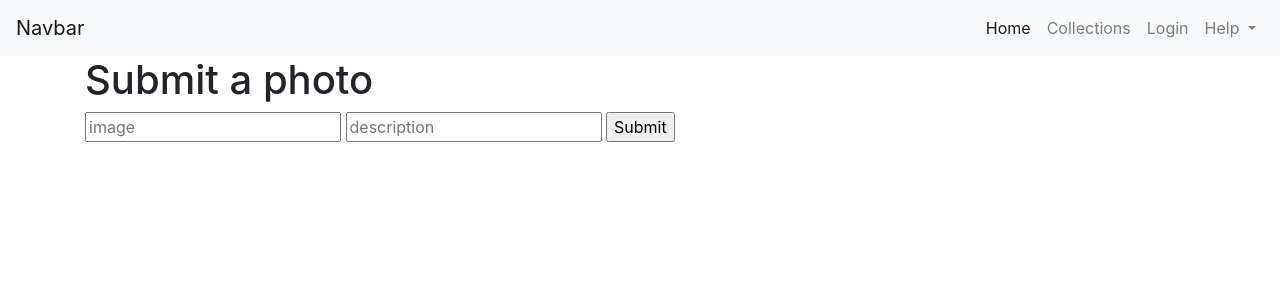
Repository: mtdagar/Art-Page-Project
Page: http://localhost/posts/new
The author's editor kept a record of every edit. The page is drawn from the files as they stood at one moment, then again after the next edit.
The browser window is 1280 px wide. The pictures show the whole page.
The page is served by the project's Node server (app.js).

Above is the page before.

### views/new.ejs
<% include ./partials/header %>

<div class="container form-group">
    <h1 class="heading">Submit a photo</h1>

    <form action="/posts" method="POST">
        <input type="text" name="post[image]" placeholder="image">
        <input type="text" name="post[description]" placeholder="description">
        <input type="submit">
    </form>
</div>

<% include ./partials/footer %>

### views/partials/header.ejs
<html>
    <head>
        <title>Art Page</title>
        <!-- Bootstrap CDN -->
        <link rel="stylesheet" href="https://stackpath.bootstrapcdn.com/bootstrap/4.1.3/css/bootstrap.min.css" integrity="sha384-MCw98/SFnGE8fJT3GXwEOngsV7Zt27NXFoaoApmYm81iuXoPkFOJwJ8ERdknLPMO" crossorigin="anonymous">

    </head>

    <body>

        <!-- Bootstrap dependencies -->
        <script src="https://code.jquery.com/jquery-3.3.1.slim.min.js" integrity="sha384-q8i/X+965DzO0rT7abK41JStQIAqVgRVzpbzo5smXKp4YfRvH+8abtTE1Pi6jizo" crossorigin="anonymous"></script>
        <script src="https://cdnjs.cloudflare.com/ajax/libs/popper.js/1.14.3/umd/popper.min.js" integrity="sha384-ZMP7rVo3mIykV+2+9J3UJ46jBk0WLaUAdn689aCwoqbBJiSnjAK/l8WvCWPIPm49" crossorigin="anonymous"></script>
        <script src="https://stackpath.bootstrapcdn.com/bootstrap/4.1.3/js/bootstrap.min.js" integrity="sha384-ChfqqxuZUCnJSK3+MXmPNIyE6ZbWh2IMqE241rYiqJxyMiZ6OW/JmZQ5stwEULTy" crossorigin="anonymous"></script>


        <!-- Navbar -->
        <nav class="navbar navbar-expand-lg navbar-light bg-light">
          <a class="navbar-brand" href="#">Navbar</a>
          <button class="navbar-toggler" type="button" data-toggle="collapse" data-target="#navbarNavDropdown" aria-controls="navbarNavDropdown" aria-expanded="false" aria-label="Toggle navigation">
            <span class="navbar-toggler-icon"></span>
          </button>
          <div class="collapse navbar-collapse" id="navbarNavDropdown">
            <ul class="navbar-nav ml-auto">
              <li class="nav-item active">
                <a class="nav-link" href="#">Home <span class="sr-only">(current)</span></a>
              </li>
              <li class="nav-item">
                <a class="nav-link" href="#">Collections</a>
              </li>
              <li class="nav-item">
                <a class="nav-link" href="#">Login</a>
              </li>
              <li class="nav-item dropdown">
                <a class="nav-link dropdown-toggle" href="#" id="navbarDropdownMenuLink" role="button" data-toggle="dropdown" aria-haspopup="true" aria-expanded="false">
                  Help
                </a>
                <div class="dropdown-menu dropdown-menu-right" aria-labelledby="navbarDropdownMenuLink" >
                  <a class="dropdown-item" href="#">About us</a>
                  <a class="dropdown-item" href="#">Contact us</a>
                  <a class="dropdown-item" href="#">Something else</a>
                </div>
              </li>
            </ul>
          </div>
        </nav>

### app.js
var bodyParser  = require("body-parser"),
    mongoose    = require("mongoose"),
    express     = require("express"),
    app         = express();



//APP CONFIG
mongoose.connect("mongodb://localhost/art_page_project", { useNewUrlParser: true });
app.set("view engine", "ejs");
//app.use(express.static("public"));
app.use('/static', express.static('public'))
app.use(bodyParser.urlencoded({extended: true}));



//MONGOOSE/MODEL CONFIG
var postSchema = new mongoose.Schema({
    image: String,
    description: String,
    created: {type: Date, default: Date.now}
});

var Post = mongoose.model("Post", postSchema);

/**
Post.create({
    image: "https://images.unsplash.com/photo-1540057091285-cea1a54ecbc8?ixlib=rb-0.3.5&ixid=eyJhcHBfaWQiOjEyMDd9&s=a3331b8e5f637b077435a047d79a2058&auto=format&fit=crop&w=500&q=60",
    description: "Hazy days"
});
**/


//RESTFUL ROUTES
app.get("/", function(req, res) {
   res.redirect("/posts");
});


//INDEX ROUTE
app.get("/posts", function(req, res){
    Post.find({}, function(err, posts){
        if(err){
            console.log("error!");
        }else{
            res.render("index", {posts: posts});
        }
    });
});


//NEW ROUTE
app.get("/posts/new", function(req, res){
   res.render("new");
});


//CREATE ROUTE
app.post("/posts", function(req, res){
    Post.create(req.body.post, function(err, newPost){
        if(err){
            res.render("new");
            prompt("Error uploading your photo.\n" + err);
        }else{
            res.redirect("/posts");
        }
    });
});


app.listen(process.env.PORT, process.env.IP, function(){
    console.log("SERVER STARTED!");
})

Loaded but not shown: views/partials/footer.ejs (common file)

After the next edit:
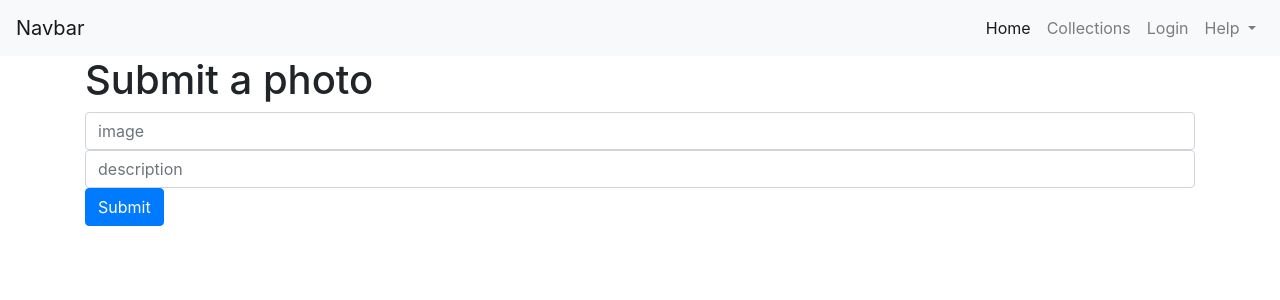
The edit:
--- a/views/new.ejs
+++ b/views/new.ejs
@@ -4,9 +4,9 @@
     <h1 class="heading">Submit a photo</h1>
 
     <form action="/posts" method="POST">
-        <input type="text" name="post[image]" placeholder="image">
-        <input type="text" name="post[description]" placeholder="description">
-        <input type="submit">
+        <input type="text" class="form-control" name="post[image]" placeholder="image">
+        <input type="text" class="form-control" name="post[description]" placeholder="description">
+        <input type="submit" class="btn btn-primary">
     </form>
 </div>
 
